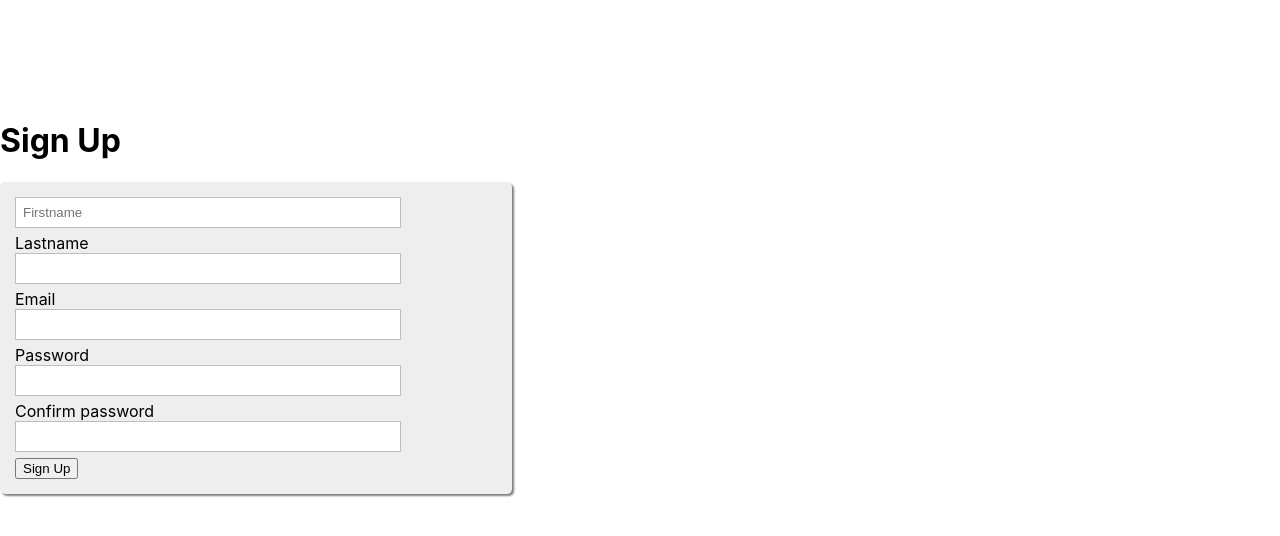
Repository: khamraeva/JSP-homework1-sighup
Page: /
These files come from the project's save history. The page is drawn as it stood at one moment and after the next save; the edit follows.
The browser window is 1280 px wide. The pictures show the whole page.
The project was rebuilt for these pictures with package versions that can differ from the ones it lists, and the page was loaded fresh each time.

Above is the page before, as saved 2020-07-22 16:47:26.

After the next save:
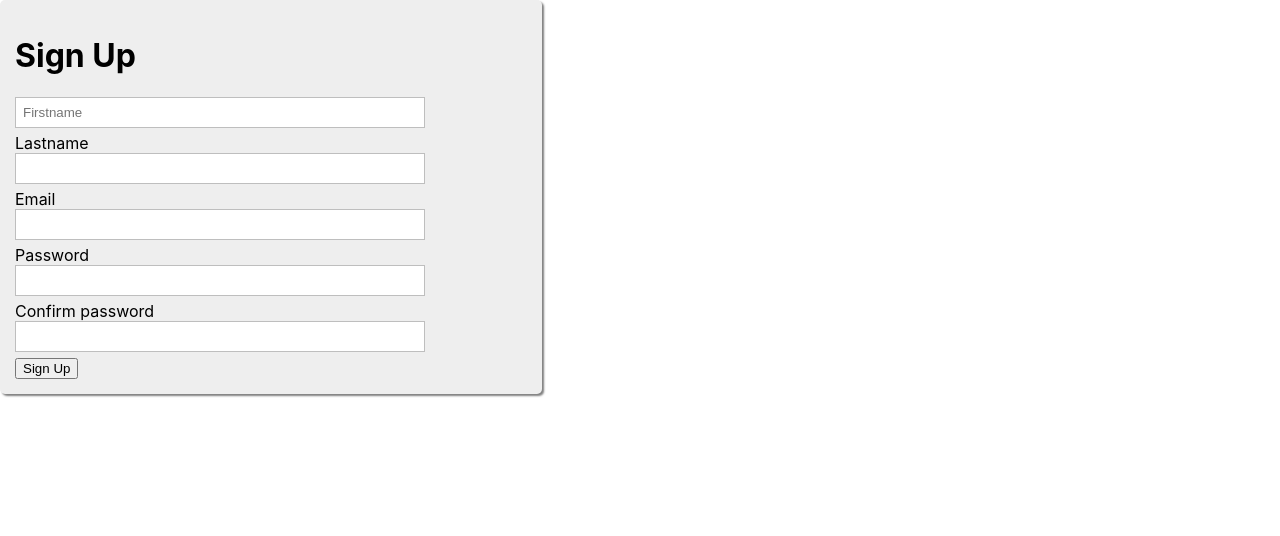
Saved 36 s later.
--- a/src/Components/SignUp/SignUp.css
+++ b/src/Components/SignUp/SignUp.css
@@ -5,14 +5,18 @@
     padding-top: 100px;
     flex-grow: 1;
     width: 40%;
-}
-
-.signup-form {
     background: #eee;
     box-shadow: 2px 2px 2px rgba(0, 0, 0, .5);
     padding: 15px;
     border-radius: 5px;
 }
+
+/* .signup-form {
+    background: #eee;
+    box-shadow: 2px 2px 2px rgba(0, 0, 0, .5);
+    padding: 15px;
+    border-radius: 5px;
+} */
 
 .input {
     display: block;
